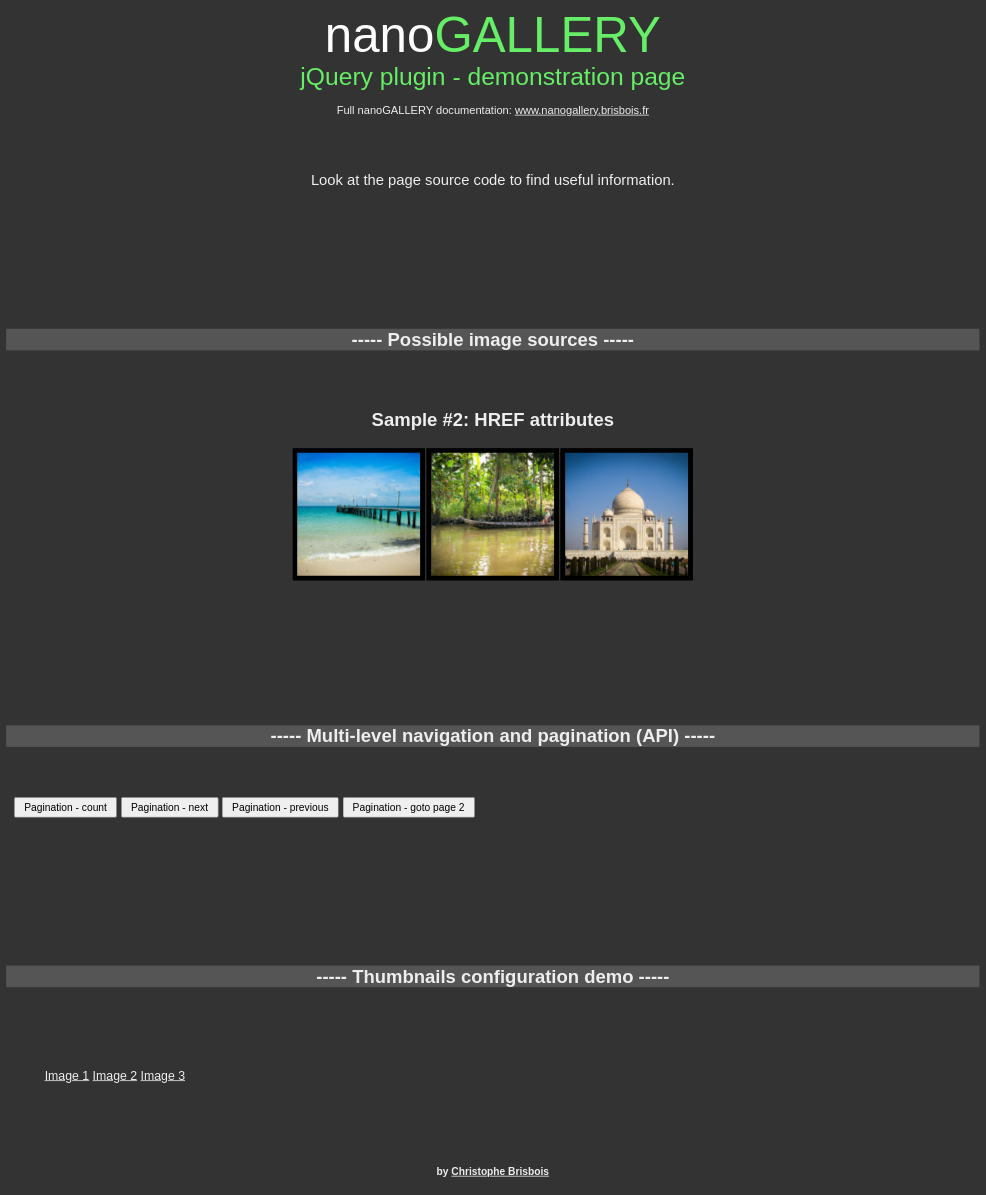
Repository: youwin1234/workspace
Page: nanoGALLERY-5.9.1/demonstration.1.html
The author's editor kept a record of every edit. The page is drawn from the files as they stood at one moment, then again after the next edit.
The browser window is 1280 px wide. The pictures show the whole page, at 77% of full size.

Above is the page before.

### nanoGALLERY-5.9.1/demonstration.1.html
<!DOCTYPE html PUBLIC "-//W3C//DTD XHTML 1.0 Strict//EN" "http://www.w3.org/TR/xhtml1/DTD/xhtml1-strict.dtd">
<html>

<head>
  <title>nanoGALLERY</title>
	<style>
		* {font-family: sans-serif; color:#fff;}
		a, h1, h2, h3, h4, h5 {text-align:center; color:#eee;}
		body {background:#333;}
	</style>



  <!-- nanoGALLERY                                                                                                          -->
  <!-- Plugin for jQuery by Christophe Brisbois                                                                             -->
  <!-- Demo & doc: http://nanogallery.brisbois.fr                                                                           -->
  <!-- Sources: https://github.com/Kris-B/nanoGALLERY                                                                       -->
  <!-- License: For personal, non-profit organizations, or open source projects, you may use nanoGALLERY for free.          -->
  <!-- -------- ALL OTHER USES REQUIRE THE PURCHASE OF A PROFESSIONAL LICENSE.                                              -->


  <!-- #################################################################################################################### -->
  <!-- jQuery                                                                                                               -->
  <!--                                                                                                                      -->
  <script type="text/javascript" src="third.party/jquery-1.7.1.min.js"></script>
  <!-- <script src="http://ajax.googleapis.com/ajax/libs/jquery/1.7.1/jquery.min.js"></script>  -->
  <!-- <script src="http://ajax.googleapis.com/ajax/libs/jquery/2.1.1/jquery.min.js"></script>  -->
  <!-- #################################################################################################################### -->


  <!-- #################################################################################################################### -->
  <!-- nanoGALLERY CSS files                                                                                                -->
  <!-- only include the css file corresponding to the selected theme                                                        -->
  <!-- include 'nanogallery.css' if no theme is specified                                                                   -->
  <!--                                                                                                                      -->
	<!-- nanoGALLERY - default theme css file                                                                                 -->
	<link href="css/nanogallery.css" rel="stylesheet" type="text/css">

  <!-- #################################################################################################################### -->

  <!-- #################################################################################################################### -->
	<!-- nanoGALLERY javascript                                                                                               -->
  <!--                                                                                                                      -->
	<script type="text/javascript" src="jquery.nanogallery.js"></script>
  <!--                                                                                                                      -->
  <!-- #################################################################################################################### -->





  	<script>
		$(document).ready(function () {


      // ##################################################################################################################
			// ##### Sample2 - inline elements / HREF #####
      // ##################################################################################################################
 			jQuery("#nanoGallery2").nanoGallery({thumbnailWidth:160,thumbnailHeight:160,
				itemsBaseURL:'demonstration',
				thumbnailHoverEffect:[{'name':'scaleLabelOverImage','duration':300},{'name':'borderLighter'}],
				colorScheme:'clean',
        locationHash: false,
				thumbnailLabel:{display:true,position:'overImageOnTop', align:'center'},
        viewerDisplayLogo:true
			});


		});
	</script>

</head>

<!-- <body style="background-color:#fff;"> -->
<body>

	<div style="color:#fff;text-align:center;font-size:4.0em;"><span style="color:#fff;">nano</span><span style="color:#6e6;">GALLERY</span></div>
	<div style="text-align:center;font-size:2em;color:#6e6">jQuery plugin - demonstration page</div>
	<div style="color:#eee;text-align:center;font-size:.9em;"><br>Full nanoGALLERY documentation: <a href="http://www.nanogallery.brisbois.fr">www.nanogallery.brisbois.fr</a></div>
	<br><br><br><br>
	<div style="color:#eee;text-align:center;font-size:1.2em;">Look at the page source code to find useful information.</div>

	<br><br><br><br><br><br><br><br><br>
	<h2 style="background:#555;">----- Possible image sources -----</h2>


	<br><br><h2>Sample #2: HREF attributes</h2>
	<div id="nanoGallery2">
		<a href="image_01.jpg" data-ngthumb="image_01ts.jpg" data-ngdesc="Lorem ipsum dolor sit amet, consectetur adipiscing elit. Proin sit amet interdum magna. Nunc luctus leo ut blandit tempor. Suspendisse at auctor lorem, sed hendrerit arcu.">Thailand</a>
		<a href="image_02.jpg" data-ngthumb="image_02ts.jpg" data-ngdesc="Lorem ipsum dolor sit amet, consectetur adipiscing elit.">Vietnam</a>
		<a href="image_03.jpg" data-ngthumb="image_03ts.jpg" data-ngdesc="" data-customdata='{"a":"1", "b":"2"}'>India</a>
	</div>


	<br><br><br><br><br><br><br><br><br>
	<h2 style="background:#555;">----- Multi-level navigation and pagination (API) -----</h2><br><br>
    <div style="margin:10px;">
      <button id="btnPaginationCount" "type="button" style="color:#000;padding:4px;">&nbsp; Pagination - count &nbsp;</button>
      <button id="btnPaginationNext" "type="button" style="color:#000;padding:4px;">&nbsp; Pagination - next &nbsp;</button>
      <button id="btnPaginationPrevious" "type="button" style="color:#000;padding:4px;">&nbsp; Pagination - previous &nbsp;</button>
      <button id="btnPaginationGoto" "type="button" style="color:#000;padding:4px;">&nbsp; Pagination - goto page 2 &nbsp;</button>
    </div>
	<div id="nanoGalleryMLN"></div>


	<br><br><br><br><br><br><br><br><br>
	<h2 style="background:#555;">----- Thumbnails configuration demo -----</h2><br><br>

	<div id="nanoGalleryAnimation1" style="margin:50px">
    <a href="image_01.jpg" data-ngThumb="image_01ts.jpg" data-ngDesc="Lorem ipsum dolor sit amet, consectetur adipiscing elit.">Image 1</a>
    <a href="image_02.jpg" data-ngThumb="image_02ts.jpg">Image 2</a>
    <a href="image_03.jpg" data-ngThumb="image_03ts.jpg">Image 3</a>
  </div>


	<br><br><h5>by <a href="https://plus.google.com/111186676244625461692?rel=author">Christophe Brisbois</a></h5>
</body>
</html>

Loaded but not shown: nanoGALLERY-5.9.1/third.party/jquery-1.7.1.min.js (library); nanoGALLERY-5.9.1/jquery.nanogallery.js (library); nanoGALLERY-5.9.1/css/nanogallery.css (1057 lines, source omitted)

After the next edit:
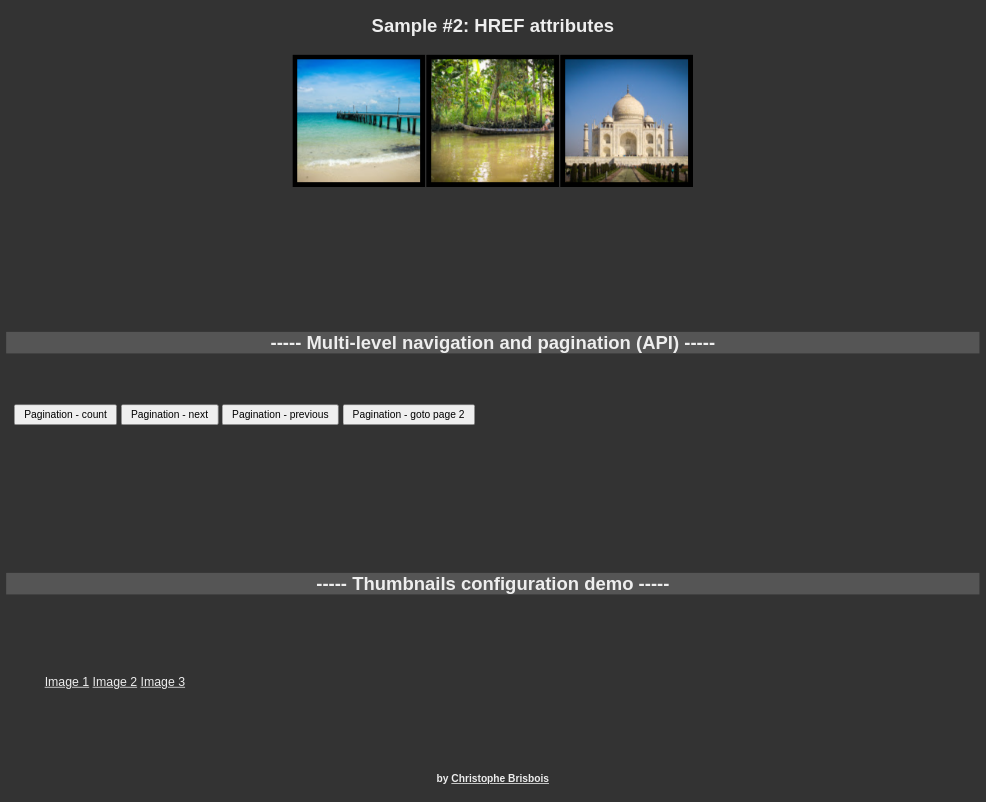
The edit:
--- a/nanoGALLERY-5.9.1/demonstration.1.html
+++ b/nanoGALLERY-5.9.1/demonstration.1.html
@@ -74,17 +74,8 @@
 <!-- <body style="background-color:#fff;"> -->
 <body>
 
-	<div style="color:#fff;text-align:center;font-size:4.0em;"><span style="color:#fff;">nano</span><span style="color:#6e6;">GALLERY</span></div>
-	<div style="text-align:center;font-size:2em;color:#6e6">jQuery plugin - demonstration page</div>
-	<div style="color:#eee;text-align:center;font-size:.9em;"><br>Full nanoGALLERY documentation: <a href="http://www.nanogallery.brisbois.fr">www.nanogallery.brisbois.fr</a></div>
-	<br><br><br><br>
-	<div style="color:#eee;text-align:center;font-size:1.2em;">Look at the page source code to find useful information.</div>
 
-	<br><br><br><br><br><br><br><br><br>
-	<h2 style="background:#555;">----- Possible image sources -----</h2>
-
-
-	<br><br><h2>Sample #2: HREF attributes</h2>
+  <h2>Sample #2: HREF attributes</h2>
 	<div id="nanoGallery2">
 		<a href="image_01.jpg" data-ngthumb="image_01ts.jpg" data-ngdesc="Lorem ipsum dolor sit amet, consectetur adipiscing elit. Proin sit amet interdum magna. Nunc luctus leo ut blandit tempor. Suspendisse at auctor lorem, sed hendrerit arcu.">Thailand</a>
 		<a href="image_02.jpg" data-ngthumb="image_02ts.jpg" data-ngdesc="Lorem ipsum dolor sit amet, consectetur adipiscing elit.">Vietnam</a>
